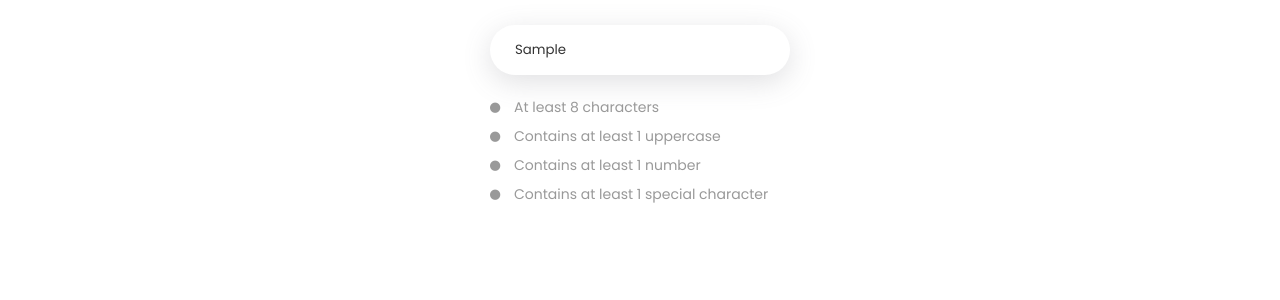
Repository: thuan711/All-about-JS
Page: pass-validation.html
The author's editor kept a copy of each file at every save. The page is drawn from the files as they stood at one save, then again after the next save.
The browser window is 1280 px wide. The pictures show the whole page.
Empty fields were first filled with sample values (such as "Sample", 5 or name@example.com).
After loading, the first visible `input.input` was changed once.

Above is the page before, as saved 2022-12-30 12:50:35.
Console error: TypeError: Cannot read properties of null (reading 'classList')

### pass-validation.html
<!DOCTYPE html>
<html lang="en">
  <head>
    <meta charset="UTF-8" />
    <meta http-equiv="X-UA-Compatible" content="IE=edge" />
    <title>Input password strength</title>
    <link rel="preconnect" href="https://fonts.gstatic.com" />
    <link
      href="https://fonts.googleapis.com/css2?family=Poppins:wght@400;600&display=swap"
      rel="stylesheet"
    />
    <link
      rel="stylesheet"
      href="https://cdnjs.cloudflare.com/ajax/libs/font-awesome/4.7.0/css/font-awesome.min.css"
      integrity="sha512-SfTiTlX6kk+qitfevl/7LibUOeJWlt9rbyDn92a1DqWOw9vWG2MFoays0sgObmWazO5BQPiFucnnEAjpAB+/Sw=="
      crossorigin="anonymous"
    />
    <style>
        html {
            box-sizing: border-box;
          }
          * {
            margin: 0;
            padding: 0;
          }
          *,
          *:before,
          *:after {
            box-sizing: border-box;
          }
          input,
          textarea,
          select,
          button {
            outline: none;
          }
          input {
            line-height: normal;
          }
          label,
          button {
            cursor: pointer;
          }
          a {
            text-decoration: none;
          }
          img {
            display: block;
            max-width: 100%;
          }
          *,
          *:before,
          *:after {
            box-sizing: border-box;
          }
          /* using rem unit */
          html {
            font-size: 62.5%;
          }
          a {
            text-decoration: none;
          }
          img {
            display: block;
            max-width: 100%;
          }
          body {
            font-family: "Poppins", sans-serif;
            font-size: 16px;
            line-height: 1;
          }

          .input {
            background-color: white;
            border: 0;
            border-radius: 50px;
            padding: 15px 25px;
            padding-right: 50px;
            color: #333;
            font-family: "Poppins", sans-serif;
            display: block;
            box-shadow: rgba(100, 100, 111, 0.2) 0px 7px 29px 0px;
            width: 100%;
          }
          .input.invalid + .input-icons .fa-times,
          .input.valid + .input-icons .fa-check {
            opacity: 1;
            visibility: visible;
            transform: scale(1);
          }
          .input-wrapper {
            position: relative;
            width: 300px;
            margin: 25px auto;
          }
          .input-icons {
            position: absolute;
            top: 50%;
            transform: translateY(-50%);
            right: 25px;
            display: flex;
            justify-content: center;
            align-items: center;
          }
          .input-icons i {
            color: white;
            width: 20px;
            height: 20px;
            border-radius: 20px;
            display: flex;
            justify-content: center;
            align-items: center;
            font-size: 10px;
            opacity: 0;
            visibility: hidden;
            transform: scale(0);
            transition: all 0.2s ease;
            position: absolute;
          }
          .fa-check {
            background-color: #20e3b2;
          }
          .fa-times {
            background-color: #fc5776;
          }
          .check-list {
            margin-top: 25px;
            font-size: 14px;
            font-weight: 300;
            color: #999;
          }
          .check-item {
            margin-bottom: 15px;
          }
          .check-item.active {
            color: #20e3b2;
          }
          .check-item.unactive {
            color: #f00;
          }
          .check-item i {
            font-size: 12px;
            color: inherit;
            margin-right: 10px;
          }
    </style>
  </head>
  <body>
    <div class="input-wrapper">
      <input type="text" class="input" placeholder="Your password" />
      <div class="input-icons">
        <i class="fa fa-check"></i>
        <i class="fa fa-times"></i>
      </div>
      <div class="check-list">
        <div class="check-item check-length" data-validation="length">
          <i class="fa fa-circle"></i> At least 8 characters
        </div>
        <div class="check-item check-upper">
          <i class="fa fa-circle"></i> Contains at least 1 uppercase
        </div>
        <div class="check-item check-number">
          <i class="fa fa-circle"></i> Contains at least 1 number
        </div>
        <div class="check-item check-special">
          <i class="fa fa-circle"></i> Contains at least 1 special character
        </div>
      </div>
    </div>
    <script src="event/pass-validation.js"></script>
  </body>
</html>

### event/pass-validation.js
window.addEventListener("load", function(){
    const passwordInput = document.querySelector(".input");
    passwordInput.addEventListener("input", function(event){
        const value = event.target.value;
        const checkLenghtClass = event.target.parentNode.querySelector(".check-lenght");
        const checkUpperClass = event.target.parentNode.querySelector(".check-upper");
        const checkNumberClass = event.target.parentNode.querySelector(".check-number");
        const checkSpecialClass = event.target.parentNode.querySelector(".check-special");
        const checkItems = event.target.parentNode.querySelector(".check-item");
        if(!value){
            [...checkItems].forEach((item) =>{
                item.classList.remove("active");
                item.classList.remove("unactive");
            });
            return;
        }
        if(value.length < 8){
            checkLenghtClass.classList.add("unactive");
            checkLenghtClass.classList.remove("active");
        } else{
            checkLenghtClass.classList.add("active");
            checkLenghtClass.classList.remove("unactive");
        }

        if(!/A-Z/.test(value)){
            checkUpperClass.classList.add("uunactive");
            checkUpperClass.classList.remove("active");
        } else {
            checkUpperClass.classList.add("active");
            checkUpperClass.classList.remove("unactive");
        }

        if(!/0-9/.test(value)){
            checkNumberClass.classList.add("uunactive");
            checkNumberClass.classList.remove("active");
        } else {
            checkNumberClass.classList.add("active");
            checkNumberClass.classList.remove("unactive");
        }

        if(!/[$@%^&*()!|-]/.test(value)){
            checkSpecialClass.classList.add("uunactive");
            checkSpecialClass.classList.remove("active");
        } else {
            checkSpecialClass.classList.add("active");
            checkSpecialClass.classList.remove("unactive");
        }
    });
});

After the next save:
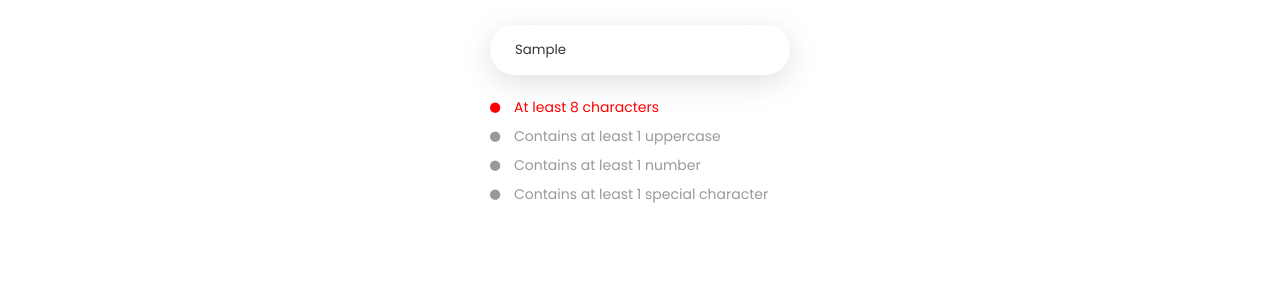
The error is gone.
Saved 105 s later.
--- a/event/pass-validation.js
+++ b/event/pass-validation.js
@@ -1,19 +1,20 @@
-window.addEventListener("load", function(){
+window.addEventListener("load", function () {
     const passwordInput = document.querySelector(".input");
-    passwordInput.addEventListener("input", function(event){
-        const value = event.target.value;
-        const checkLenghtClass = event.target.parentNode.querySelector(".check-lenght");
-        const checkUpperClass = event.target.parentNode.querySelector(".check-upper");
-        const checkNumberClass = event.target.parentNode.querySelector(".check-number");
-        const checkSpecialClass = event.target.parentNode.querySelector(".check-special");
-        const checkItems = event.target.parentNode.querySelector(".check-item");
-        if(!value){
-            [...checkItems].forEach((item) =>{
-                item.classList.remove("active");
-                item.classList.remove("unactive");
-            });
-            return;
-        }
+    passwordInput.addEventListener("input", function (e) {
+      const value = e.target.value;
+      const checkLenghtClass = e.target.parentNode.querySelector(".check-length");
+      const checkUpperClass = e.target.parentNode.querySelector(".check-upper");
+      const checkNumberClass = e.target.parentNode.querySelector(".check-number");
+      const checkSpecialClass =
+        e.target.parentNode.querySelector(".check-special");
+      const checkItems = e.target.parentNode.querySelectorAll(".check-item");
+      if (!value) {
+        [...checkItems].forEach((item) => {
+          item.classList.remove("active");
+          item.classList.remove("unactive");
+        });
+        return;
+      }
         if(value.length < 8){
             checkLenghtClass.classList.add("unactive");
             checkLenghtClass.classList.remove("active");
